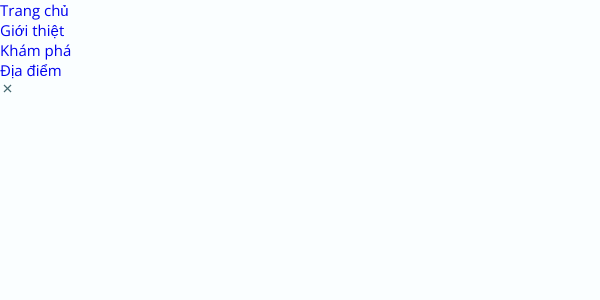
Repository: haokiet2501/travel-demo
Page: index.html
An editor plug-in stored every save of this project. The page is shown before and after a run of saves, followed by the edit.
The browser window is 600 px wide. The pictures show the whole page.

Above is the page before, as saved 2021-09-21 10:08:39.

After the next 6 saves:
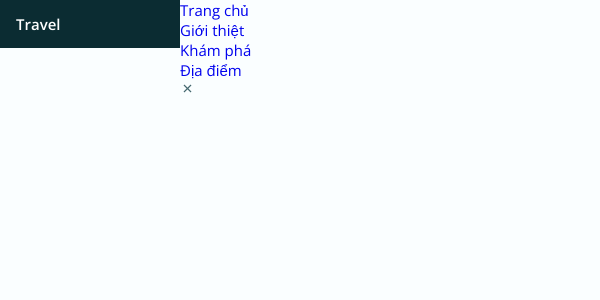
The 6 saves are shown as one change because they came seconds apart.
The last was saved 15 s later.
--- a/css/style.css
+++ b/css/style.css
@@ -185,7 +185,7 @@ input {
         background-color: var(--body-color);
         top: 0;
         right: 0;
-        width: 100%;
-        height: 100;
+        width: 70%;
+        height: 100%;;
     }
 }
